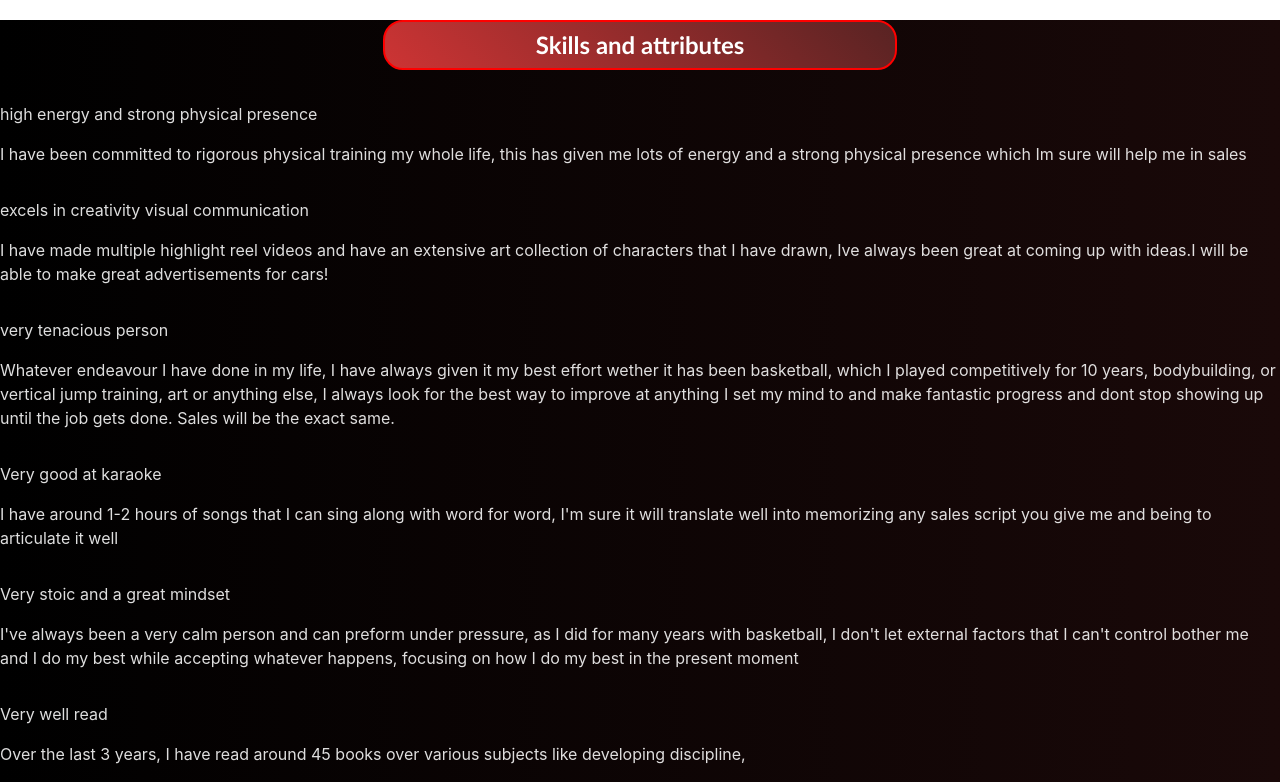
Repository: TMuse333/resume1
Page: /
An editor plug-in stored every save of this project. The page is shown before and after a run of saves, followed by the edit.
The browser window is 1280 px wide. The pictures show the whole page.
The project was rebuilt for these pictures with package versions that can differ from the ones it lists, and the page was loaded fresh each time. Also part of the build but not shown: vite.config.js, src/components/navbar.jsx, src/components/about.jsx, src/components/contact.jsx, src/components/footer.jsx, src/components/experience.jsx, src/components/carousel.jsx, src/components/experienceCarousel.jsx and 4 more. Imported but missing from the stored project, and not drawn on this page: src/images/best_dunk.mp4.

Above is the page before, as saved 2023-10-18 15:04:27.

After the next 2 saves:
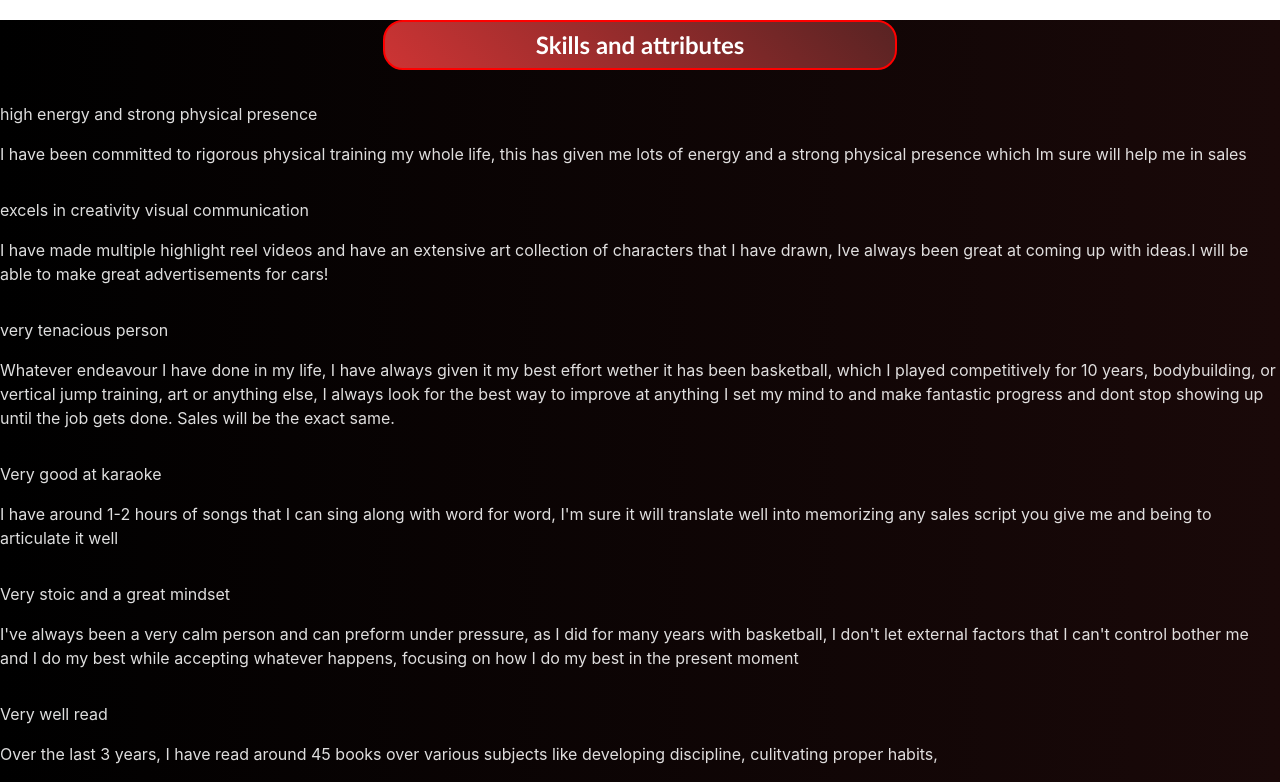
The 2 saves are shown as one change because they came seconds apart.
The last was saved 14 s later.
--- a/src/components/skillDesc.js
+++ b/src/components/skillDesc.js
@@ -244,7 +244,7 @@ export const attributes = [
   },
   {
     name:'Very well read',
-    description:'Over the last 3 years, I have read around 45 books over various subjects like developing discipline, '
+    description:'Over the last 3 years, I have read around 45 books over various subjects like developing discipline, culitvating proper habits, '
   }
 
 ]
